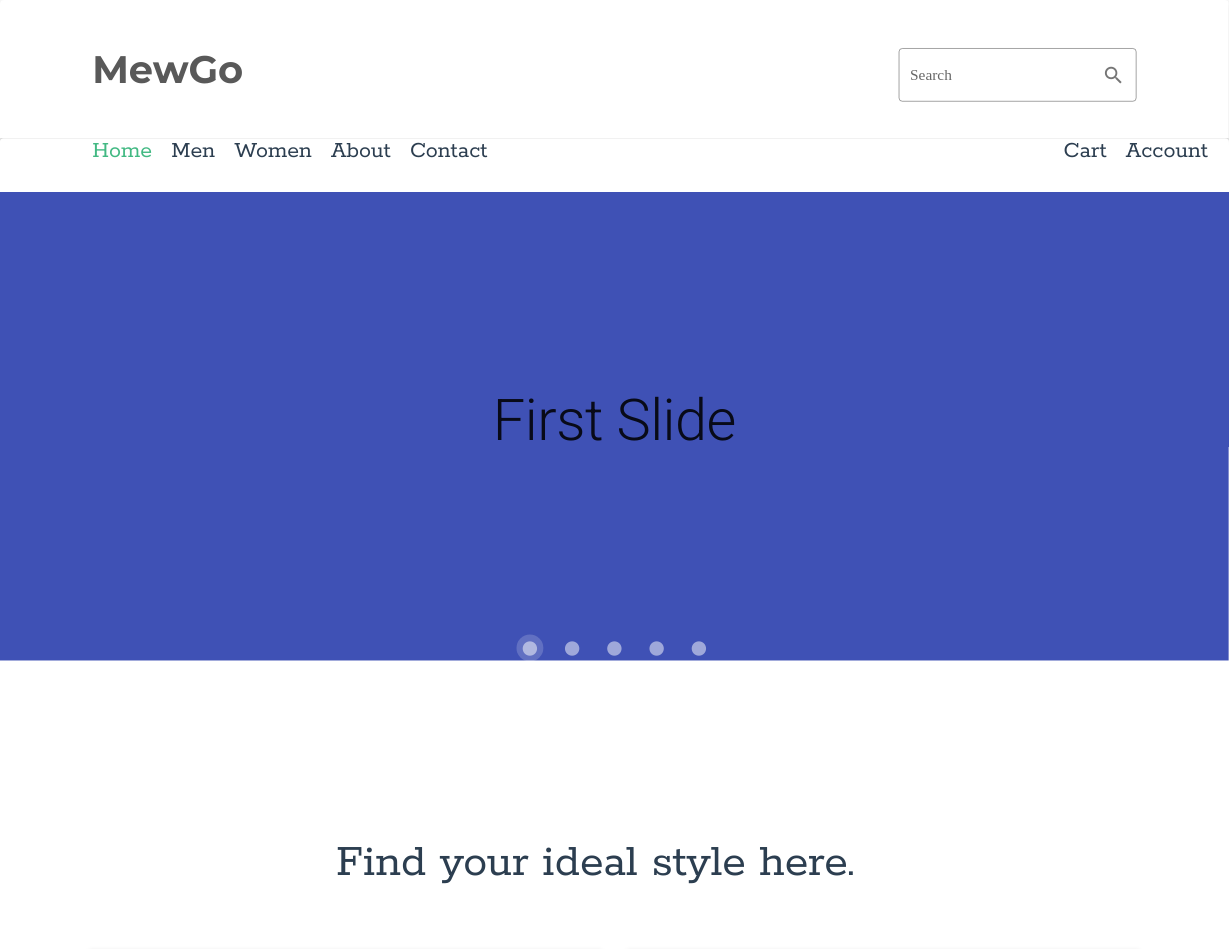
Repository: nguyenphuong152/shoesstore
Page: / (app in frontend-customer/)
The author's editor kept a copy of each file at every save. The page is drawn from the files as they stood at one save, then again after the next save.
The browser window is 1280 px wide. The pictures show the part of the page from y = 0 to 989 px (the page is 3230 px tall), at 96% of full size.
Pictures or frames that could not be fetched are drawn as grey boxes. The project was rebuilt for these pictures with package versions that can differ from the ones it lists, and the page was loaded fresh each time. Also part of the build but not shown: frontend-customer/vue.config.js.

Above is the page before, as saved 2020-11-18 10:28:25.

### frontend-customer/public/index.html
<!DOCTYPE html>
<html lang="en">
  <head>
    <meta charset="utf-8">
    <meta http-equiv="X-UA-Compatible" content="IE=edge">
    <meta name="viewport" content="width=device-width,initial-scale=1.0">
    <link rel="icon" href="<%= BASE_URL %>favicon.ico">
    <title><%= htmlWebpackPlugin.options.title %></title>
    <link rel="stylesheet" href="https://fonts.googleapis.com/css?family=Roboto:100,300,400,500,700,900">
    <link rel="stylesheet" href="https://cdn.jsdelivr.net/npm/@mdi/font@latest/css/materialdesignicons.min.css">
    <link rel="stylesheet" href="https://fonts.googleapis.com/css?family=Roboto:100,300,400,500,700,900">
    <link href="https://fonts.googleapis.com/css?family=Montserrat:300,400,500,600,700" rel="stylesheet">
	<link href="https://fonts.googleapis.com/css?family=Rokkitt:100,300,400,700" rel="stylesheet">
    <link rel="stylesheet" href="https://cdn.jsdelivr.net/npm/@mdi/font@latest/css/materialdesignicons.min.css">
  </head>
  <body>
    <noscript>
      <strong>We're sorry but <%= htmlWebpackPlugin.options.title %> doesn't work properly without JavaScript enabled. Please enable it to continue.</strong>
    </noscript>
    <div id="app"></div>
    <!-- built files will be auto injected -->
  </body>
</html>

### frontend-customer/src/main.js
import Vue from 'vue'
import App from './App.vue'
import vuetify from './plugins/vuetify';
import router from './router'
import '../sass/style.scss'

Vue.config.productionTip = false

new Vue({
  vuetify,
  router,
  render: h => h(App)
}).$mount('#app')

### frontend-customer/src/App.vue
<template>
  <div id="app">
    <div>
      <v-card flat height="200px" tile>
        <v-toolbar extended extension-height="80">
          <v-toolbar-title id="logo">MewGo</v-toolbar-title>
          <v-spacer></v-spacer>
          <v-toolbar-items id="searchbar">
            <v-text-field
              v-model="search"
              append-icon="mdi-magnify"
              label="Search"
              outlined
              single-line
              hide-details
            ></v-text-field>
          </v-toolbar-items>
        </v-toolbar>
        <v-card flat tile class="nav">
          <v-button-items>
            <router-link to="/">Home</router-link>
            <router-link to="/men">Men</router-link>
            <router-link to="/women">Women</router-link>
            <router-link to="/about">About</router-link>
            <router-link to="/contact">Contact</router-link>
            <router-link to="/cart" id="shopping-cart">Cart</router-link>
            <router-link to="/account">Account</router-link>
          </v-button-items>
        </v-card>
      </v-card>
    </div>
    <Banner />
    <router-view />
  </div>
</template>

<script>
import Banner from "./components/Banner";

export default {
  name: "App",

  components: {
    Banner,
  },

  data: () => ({
    //
  }),
};
</script>

### frontend-customer/src/router/index.js
import Vue from 'vue'
import VueRouter from 'vue-router'
import Home from '../views/Home.vue'

Vue.use(VueRouter)

const routes = [
  {
    path: '/',
    name: 'Home',
    component: Home
  },
  {
    path: '/men',
    name: 'Men',
    component: () => import(/* webpackChunkName: "about" */ '../views/Men.vue')
  },
  {
    path: '/women',
    name: 'Women',
    component: () => import(/* webpackChunkName: "about" */ '../views/Women.vue')
  },
  {
    path: '/about',
    name: 'About',
    // route level code-splitting
    // this generates a separate chunk (about.[hash].js) for this route
    // which is lazy-loaded when the route is visited.
    component: () => import(/* webpackChunkName: "about" */ '../views/About.vue')
  },
  {
    path: '/contact',
    name: 'Contact',
    component: () => import(/* webpackChunkName: "about" */ '../views/Contact.vue')
  },
  {
    path: '/cart',
    name: 'Cart',
    component: () => import(/* webpackChunkName: "about" */ '../views/Cart.vue')
  },
  {
    path: '/account',
    name: 'Account',
    component: () => import(/* webpackChunkName: "about" */ '../views/Account.vue')
  },
]

const router = new VueRouter({
  mode: 'history',
  base: process.env.BASE_URL,
  routes
})

export default router

### frontend-customer/sass/style.scss
$font-primary: 'Montserrat',
Arial,
sans-serif;
$font-secondary: 'Rokkitt',
Georgia,
serif;

// Overrides
$grid-gutter-width: 20px !default;
$border-radius-base: 4px !default;
$padding-base-vertical: 14px !default;

$brand-primary: #616161 !default;
$brand-secondary: #88c8bc !default;
$brand-yellow: #FFDD00 !default;
$brand-footer-color: #2C2E3E;

$brand-white: #fff;
$brand-black: #000;
$brand-darker: #444;
$brand-gray: #ccc;
$brand-lighter: #e9e9e9;
$brand-body-color: #e8e8e8;
$brand-selection-color: #f9f6f0;
$brand-overlay-color: #4c4a8a;
$brand-bg-color: $brand-white;

#app {
  -webkit-font-smoothing: antialiased;
  -moz-osx-font-smoothing: grayscale;
  color: #2c3e50;
}

.item-nav {
  padding-right: 20px;
}


.nav {
  padding-left: 96px;
  a {
    font-size: 25px;
    color: #2c3e50;
    font-family: $font-secondary;
    text-decoration: none;

    &.router-link-exact-active {
      color: #42b983;
    }

    @extend .item-nav;
  }
}

#logo {
  font-size: 40px;
  padding-top: 80px;
  padding-left: 80px;
  font-weight: 700;
  font-family: $font-primary;
  color: lighten($brand-black, 35%);
}

#searchbar {
  padding-right: 80px;
  padding-top: 50px;
}

#shopping-cart {
  padding-left: 580px;
}

.slogan {
  padding-left: 350px;
  font-size: 50px;
  color: #2c3e50;
  font-family: $font-secondary;
  text-decoration: none;
}

#home-page{
  margin-top: -50px;
}

#collection {
  margin-top: 50px;
  margin-left:80px;
  margin-right:80px;
  margin-bottom: 50px;
}

.title-collection{
  @extend .slogan;
  font-size: 25px;
  padding-left: 140px;
}

.slogan-2 {
  @extend .slogan;
  padding-left: 500px;
  margin-bottom: 50px;
}

.slogan-3 {
  color: $brand-primary;
  @extend .slogan-2;
  font-size: 40px;
}

### frontend-customer/src/components/Banner.vue
<template>
  <v-app>
    <v-carousel
      cycle
      height="500"
      hide-delimiter-background
      show-arrows-on-hover
    >
      <v-carousel-item v-for="(slide, i) in slides" :key="i">
        <v-sheet :color="colors[i]" height="100%">
          <v-row class="fill-height" align="center" justify="center">
            <div class="display-3">{{ slide }} Slide</div>
          </v-row>
        </v-sheet>
      </v-carousel-item>
    </v-carousel>
  </v-app>
</template>

<script>
export default {
  data() {
    return {
      colors: [
        "indigo",
        "warning",
        "pink darken-2",
        "red lighten-1",
        "deep-purple accent-4",
      ],
      slides: ["First", "Second", "Third", "Fourth", "Fifth"],
    };
  },
};
</script>

### frontend-customer/src/views/Home.vue
<template>
  <div class="home" id="home-page">
    <v-content>
      <a class="slogan">Find your ideal style here.</a>
      <Collection />
      <a class="slogan-2">Best Sellers</a>
      <BestSeller />
      <a class="slogan-3">TRUSTED PARTNERS</a>
      <Partner />
    </v-content>
  </div>
</template>

<script>
import Collection from "../components/Collection";
import BestSeller from "../components/BestSeller";
import Partner from "../components/Partner";

export default {
  components: {
    Collection,
    BestSeller,
    Partner
  },

  data: () => ({
    //
  }),
};
</script>

### frontend-customer/src/components/Collection.vue
<template>
  <v-row id="collection">
    <v-col v-for="n in 2" :key="n" class="d-flex child-flex" cols="6">
      <v-card>
        <v-img
          :src="`https://picsum.photos/500/300?image=${n * 5 + 10}`"
          :lazy-src="`https://picsum.photos/10/6?image=${n * 5 + 10}`"
         class="grey lighten-2"
        >
          <template v-slot:placeholder>
            <v-row class="fill-height ma-0" align="center" justify="center">
              <v-progress-circular
                indeterminate
                color="grey lighten-5"
              ></v-progress-circular>
            </v-row>
          </template>
        </v-img>
        <v-card-title class="title-collection">
      {{titles[n-1]}}
    </v-card-title>
      </v-card>
    </v-col>
  </v-row>
</template>

<script>
export default {
      data(){
          return {
              titles:[
                  "Shop Men's Collection",
                  "Shop Women's Collection",
              ],
          }
      }
};
</script>

<style></style>

### frontend-customer/src/components/BestSeller.vue
<template>
  <v-row id="collection">
    <v-col v-for="n in 9" :key="n" class="d-flex child-flex" cols="4">
      <v-card class="mx-auto"
    outlined>
        <v-img
          :src="`https://picsum.photos/500/300?image=${n * 5 + 10}`"
          :lazy-src="`https://picsum.photos/10/6?image=${n * 5 + 10}`"
          aspect-ratio="1"
          class="grey lighten-2"
        >
          <template v-slot:placeholder>
            <v-row class="fill-height ma-0" align="center" justify="center">
              <v-progress-linear
                indeterminate
                color="yellow darken-2"
              ></v-progress-linear>
            </v-row>
          </template>
        </v-img>
        <v-card-title class="title-collection"> Pic{{ n }} </v-card-title>
        <v-card-subtitle class="title-collection">Price</v-card-subtitle>
      </v-card>
    </v-col>
  </v-row>
</template>

<script>
export default {
  data() {},
};
</script>

<style></style>

### frontend-customer/src/components/Partner.vue
<template>
  <v-row id="collection" no-gutters>
    <v-col
      v-for="item in items"
      :key="item.id"
      class="d-flex child-flex"
      cols="2"
    >
        <v-img :src="item.src" class="grey lighten-2">
          <template v-slot:placeholder>
            <v-row class="fill-height ma-0" align="center" justify="center">
              <v-progress-circular
                indeterminate
                color="grey lighten-5"
              ></v-progress-circular>
            </v-row>
          </template>
        </v-img>
    </v-col>
  </v-row>
</template>

<script>
export default {
  data() {
    return {
      items: [
        {
          id: 1,
          src: require("../assets/brand-1.jpg"),
        },
        {
          id: 2,
          src: require("../assets/brand-2.jpg"),
        },
        {
          id: 3,
          src: require("../assets/brand-3.jpg"),
        },
        {
          id: 4,
          src: require("../assets/brand-4.jpg"),
        },
        {
          id: 5,
          src: require("../assets/brand-5.jpg"),
        },
      ],
    };
  },
};
</script>

<style></style>

Loaded but not shown: frontend-customer/src/plugins/vuetify.js (common file)

After the next save:
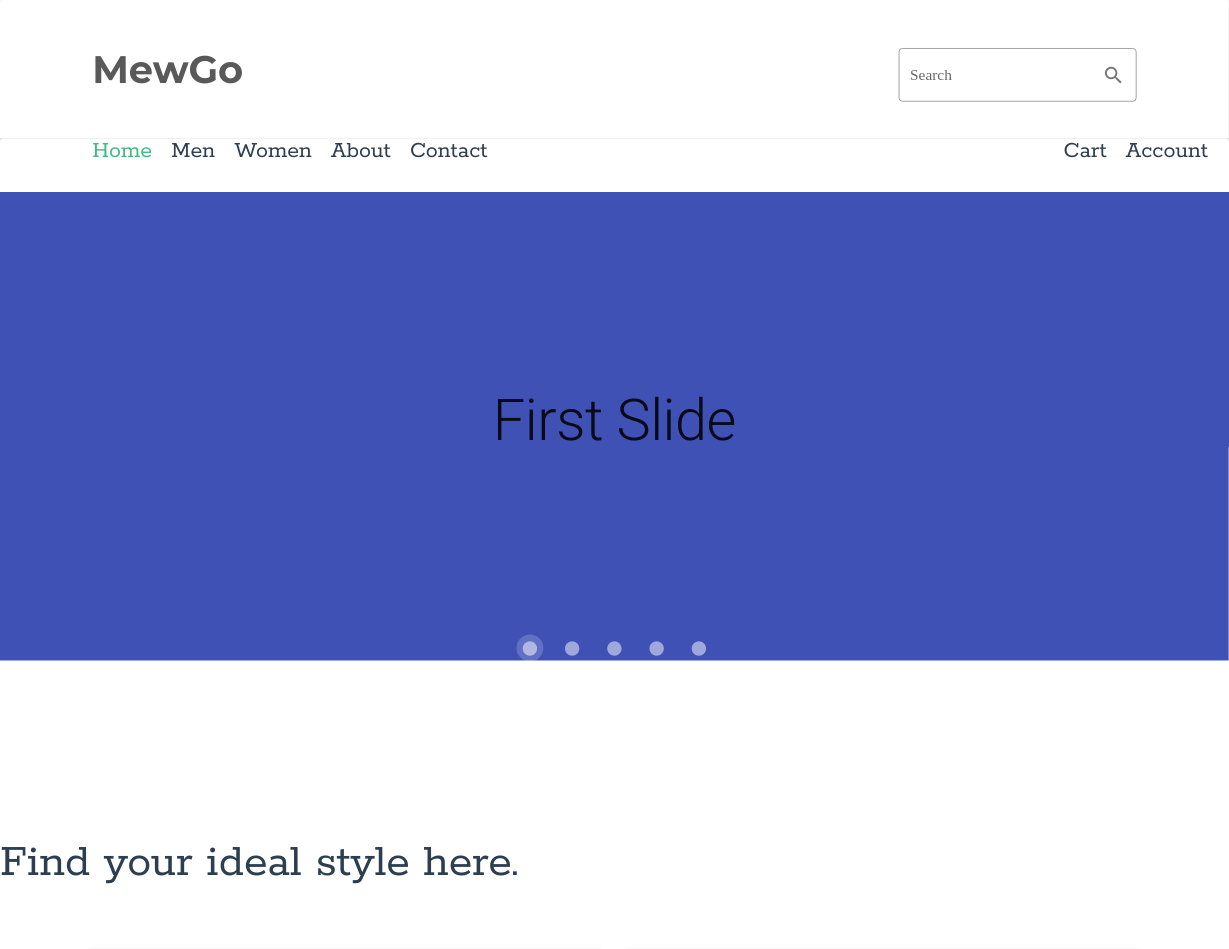
Saved 21 s later.
--- a/frontend-customer/sass/style.scss
+++ b/frontend-customer/sass/style.scss
@@ -71,7 +71,7 @@
 }
 
 .slogan {
-  padding-left: 350px;
+  text-align:center;
   font-size: 50px;
   color: #2c3e50;
   font-family: $font-secondary;
